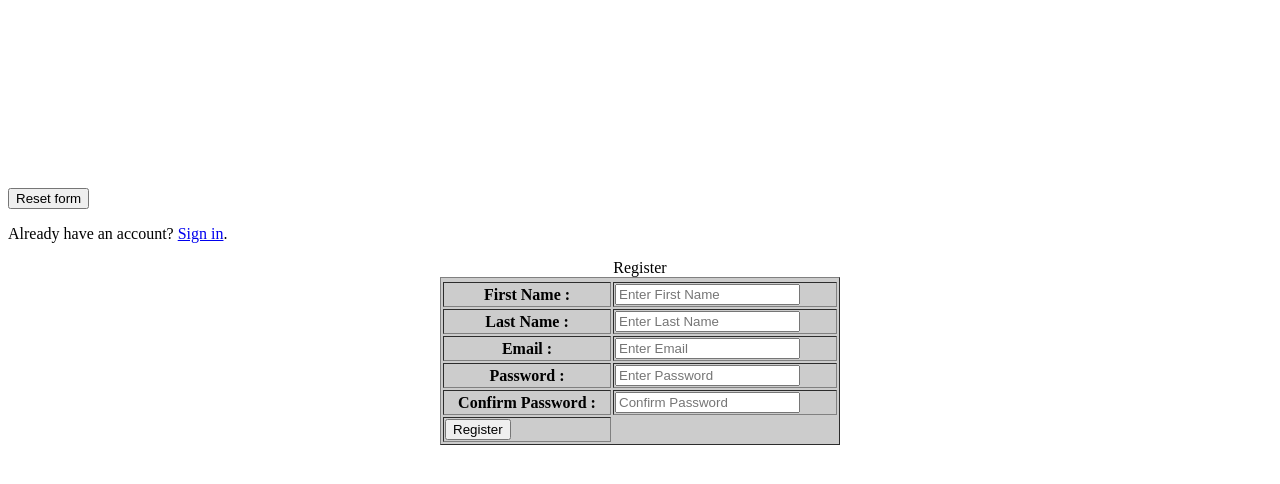
Repository: 1919satya/Mode2
Page: sample/sample/WebContent/sample.html
The author's editor kept a copy of each file at every save. The page is drawn from the files as they stood at one save, then again after the next save.
The browser window is 1280 px wide. The pictures show the whole page.

Above is the page before, as saved 2019-10-09 10:16:40.

### sample/sample/WebContent/sample.html
<!DOCTYPE html>
<html>
<head>
<meta charset="ISO-8859-1">
<title>Insert title here</title>
</head>
<body>

<form >
<div class="container">
<table border="1" align="center" width="400" bgcolor="#CCCCCC" >

  <tr>
    <caption>Register</caption>
    <th>First Name :</th>
   <td><input type="text" placeholder="Enter First Name" name="firstName"  required></td><br/><br/>
   </tr>

   <tr>
    <th>Last Name :</th>
    <td><input type="text" placeholder="Enter Last Name" name="lastName" required></td> <br/><br/>
    </tr>

    <tr>
    <th>Email :</th>
   <td><input type="text" placeholder="Enter Email" name="email" required></td> <br/><br/>
   </tr>

<tr>
    <th>Password :</th>
    <td><input type="password" placeholder="Enter Password" name="psw" required></td> <br/><br/>
    </tr>

    <tr>
    <th>Confirm Password :</th>
    <td><input type="password" placeholder="Confirm Password" name="psw-repeat" required></td> <br/><br/>
   </tr>
   <tr>
   <center>
    <td><button type="submit" class="registerbtn">Register</button></td>
    <button type="reset" >Reset form</button></td>
    </center>
    </tr>

  </div>

  <div class="container signin">
    <p>Already have an account? <a href="#">Sign in</a>.</p>
  </div>
</form>
</table>
</body>
</html>

After the next save:
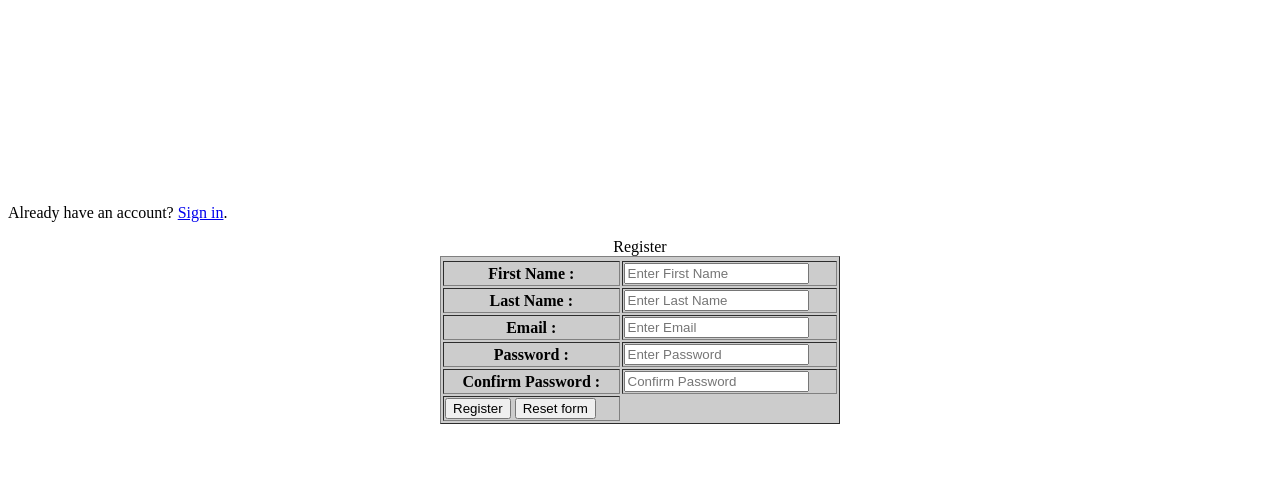
Saved 13 s later.
--- a/sample/sample/WebContent/sample.html
+++ b/sample/sample/WebContent/sample.html
@@ -37,7 +37,7 @@
    </tr>
    <tr>
    <center>
-    <td><button type="submit" class="registerbtn">Register</button></td>
+    <td><button type="submit" class="registerbtn">Register</button>
     <button type="reset" >Reset form</button></td>
     </center>
     </tr>
